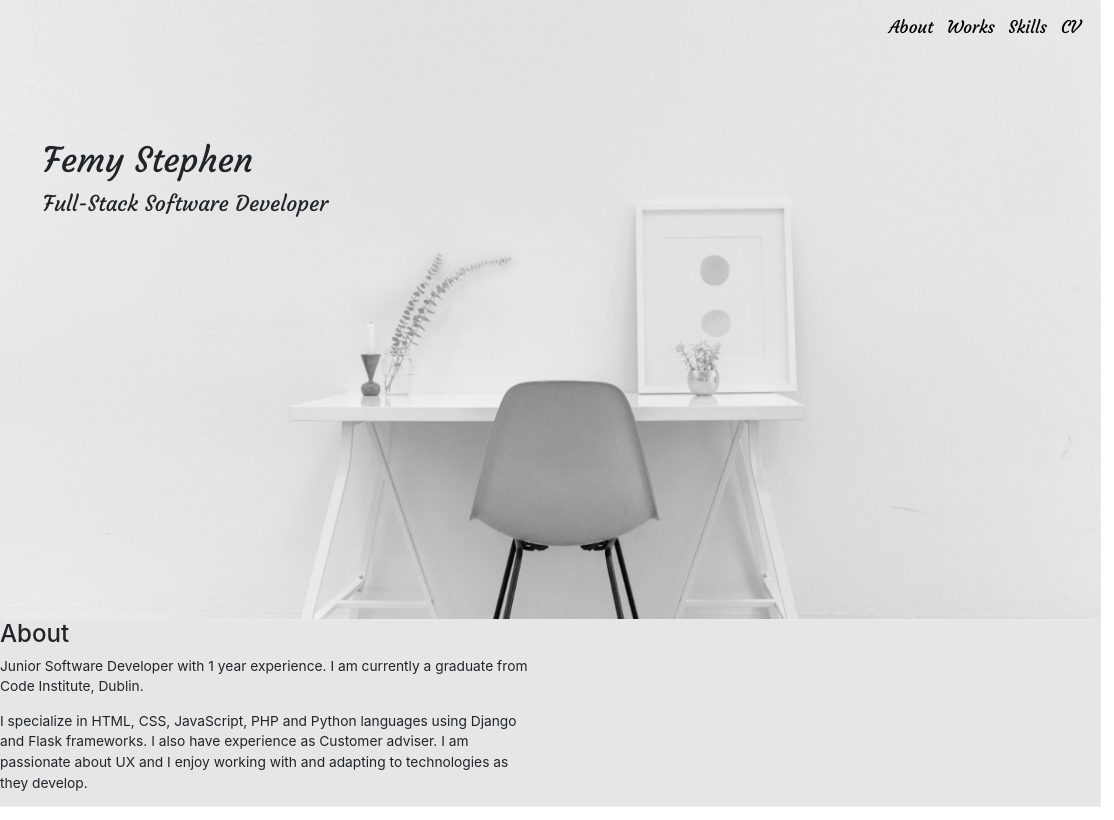
Repository: femy16/FemyStephen
Page: index.html
The author's editor kept a record of every edit. The page is drawn from the files as they stood at one moment, then again after the next edit.
The browser window is 1280 px wide. The page is 1295 px wide, so the pictures cover 1295 px, including what lies to the right of the window. The pictures show the whole page, at 86% of full size.
Backgrounds fixed to the window are drawn as part of the page. Some web libraries are served in a nearby version.

Above is the page before.
Not found: hover.css

### index.html
<!DOCTYPE html>
<html lang="en">

<head>
    <meta charset="UTF-8">
    <meta name="viewport" content="width=device-width, initial-scale=1.0">
    <meta http-equiv="X-UA-Compatible" content="ie=edge">
    <link href="https://fonts.googleapis.com/css?family=Courgette|Kaushan+Script" rel="stylesheet">
    <link rel="stylesheet" href="https://use.fontawesome.com/releases/v5.3.1/css/all.css" integrity="sha384-mzrmE5qonljUremFsqc01SB46JvROS7bZs3IO2EmfFsd15uHvIt+Y8vEf7N7fWAU" crossorigin="anonymous">
    <link rel="stylesheet" href="hover.css" type="text/css" />
    <link rel="stylesheet" href="https://maxcdn.bootstrapcdn.com/bootstrap/4.0.0/css/bootstrap.min.css" integrity="sha384-Gn5384xqQ1aoWXA+058RXPxPg6fy4IWvTNh0E263XmFcJlSAwiGgFAW/dAiS6JXm" crossorigin="anonymous">
    <link rel="stylesheet" href="style.css" type="text/css" />
    <link href="https://fonts.googleapis.com/css?family=Montserrat" rel="stylesheet">
    <title>Femy Stephen</title>
</head>

<body>
   <header id="landing-view">


        <nav class="navbar navbar-expand-md navbar-masthead navbar-default navbar-fixed-top">
                <div class="container topmenu">


            <button class="navbar-toggler" type="button" data-toggle="collapse" data-target="#collapsibleNavbar">
    <span class="fa fa-bars" ></span>
  </button>
  </div>
            <div class="collapse navbar-collapse" id="collapsibleNavbar">
                <ul class="navbar-nav">
                    <li class="nav-item">
                        <a class="nav-link" href="#about">About</a>
                    </li>
                    <li class="nav-item">
                        <a class="nav-link" href="services.html">Works</a>
                    </li>
                    <li class="nav-item">
                        <a class="nav-link" href="products.html">Skills</a>
                    </li>
                    <li class="nav-item">
                        <a class="nav-link" href="contac_us.html">CV</a>
                    </li>
                </ul>
            </div>
        </nav>
<div class="headercontainer">
    <h1 class="name">Femy Stephen</h1>
    <p class="title">Full-Stack Software Developer</p>

</div>

    </header>
    <!--<div class="spacer"></div>-->
    <main>
      <div id="about">
          <h3>About</h3>
          <div class="row">
          <p><div class="col">
          <p>Junior Software Developer with 1 year experience. I am currently a graduate from Code Institute, Dublin.</p>
<p>I specialize in HTML, CSS, JavaScript, PHP and Python languages using Django and Flask frameworks. I also have experience as Customer adviser.
I am passionate about UX and I enjoy working with and adapting to technologies as they develop.</p>
</div>
<div class="col"><img src=""></img></div></div>
</p>
      </div>

    </main>

    <footer>

    </footer>



    <script src="https://code.jquery.com/jquery-3.2.1.slim.min.js" integrity="sha384-KJ3o2DKtIkvYIK3UENzmM7KCkRr/rE9/Qpg6aAZGJwFDMVNA/GpGFF93hXpG5KkN" crossorigin="anonymous"></script>
    <script src="https://cdnjs.cloudflare.com/ajax/libs/popper.js/1.12.9/umd/popper.min.js" integrity="sha384-ApNbgh9B+Y1QKtv3Rn7W3mgPxhU9K/ScQsAP7hUibX39j7fakFPskvXusvfa0b4Q" crossorigin="anonymous"></script>
    <script src="https://maxcdn.bootstrapcdn.com/bootstrap/4.0.0/js/bootstrap.min.js" integrity="sha384-JZR6Spejh4U02d8jOt6vLEHfe/JQGiRRSQQxSfFWpi1MquVdAyjUar5+76PVCmYl" crossorigin="anonymous"></script>
</body>

</html>

### style.css
.navbar {
    background-color: transparent;
    text-align:right;

}

.navbar-fixed-top .container {

    text-align: right;
    margin-right: 1%;
    margin-top: 1%;

}
#landing-view {
    background-attachment: fixed;
    background-image: url('images/landing.jpg');
    background-position: bottom;
    background-size: cover;
    height: 100vh;
    width: 100vw;
    margin-bottom: 0px;
    z-index: 1;
}

body{

    /*background-color: #fdfdfd;*/
    width: 100%;
}


/*.spacer {*/
/*    width: 100%;*/
/*    height: 170px;*/
/*}*/


.nav-link {
    font-family: 'Courgette', cursive;
    font-size: 20px;
    color: black;
    padding-left: 40px;
    padding-right: 40px;
}

/*.nav-item {*/
/*    display: inline-block;*/
/*    padding: 10px;*/
/*    padding-left: 40px;*/
/*    padding-right: 40px;*/
/*}*/
.headercontainer{
    margin-top:100px;
   padding-left: 50px;
   font-family: 'Courgette', cursive;

}
.title{
    font-size:25px;

}
.name{
    font-size:40px;
}
#about{
    background-color: #e6e6e6;
}
.abouthead{
    padding-top:40px;
    font-family: 'Courgette', cursive;
}
.discri{
    margin-top:50px;
    font-family: 'Montserrat', sans-serif;
    font-size: 20px;
}

After the next edit:
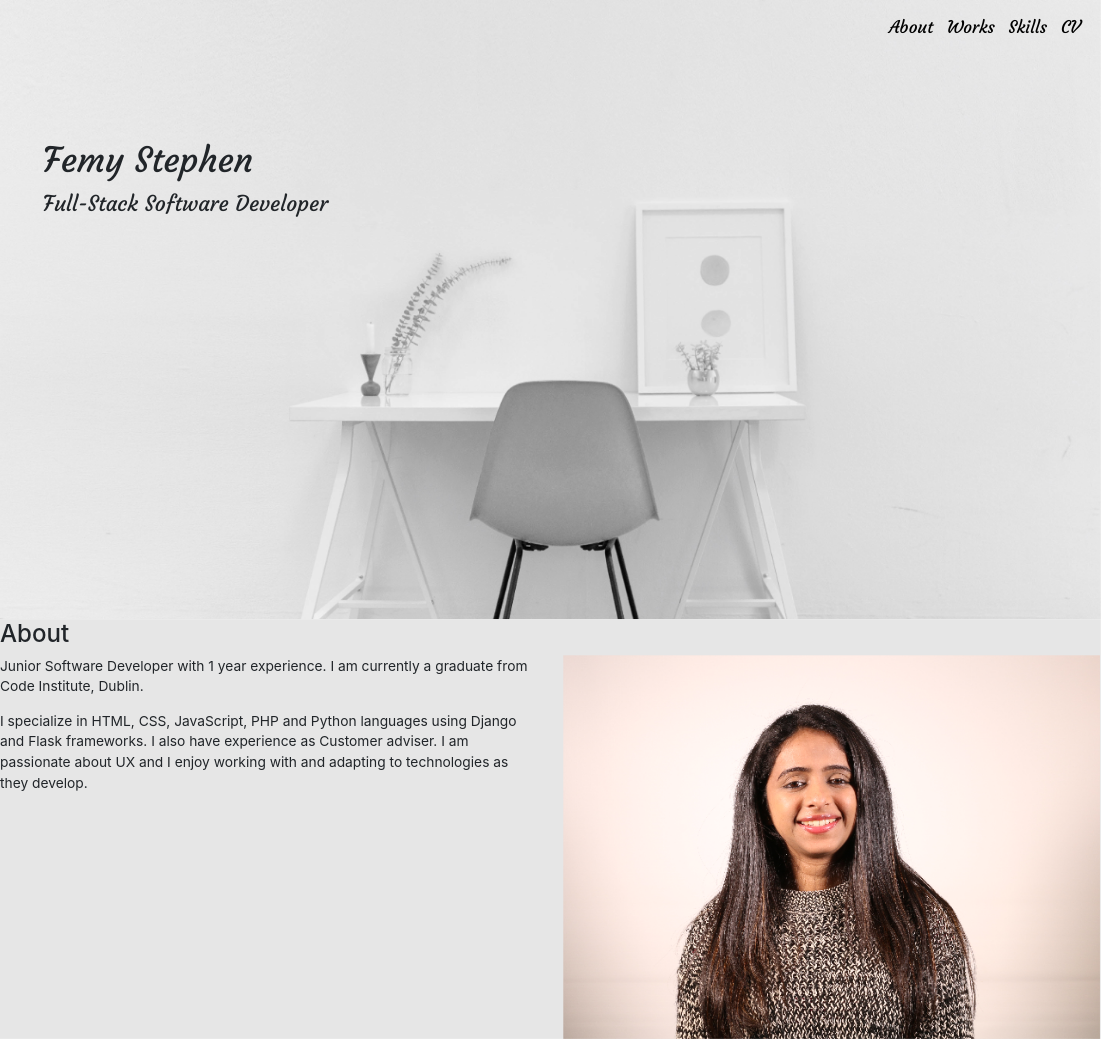
The edit:
--- a/index.html
+++ b/index.html
@@ -60,7 +60,7 @@
 <p>I specialize in HTML, CSS, JavaScript, PHP and Python languages using Django and Flask frameworks. I also have experience as Customer adviser.
 I am passionate about UX and I enjoy working with and adapting to technologies as they develop.</p>
 </div>
-<div class="col"><img src=""></img></div></div>
+<div class="col"><img src="images/fmimg.JPG"></div></div>
 </p>
       </div>
 
